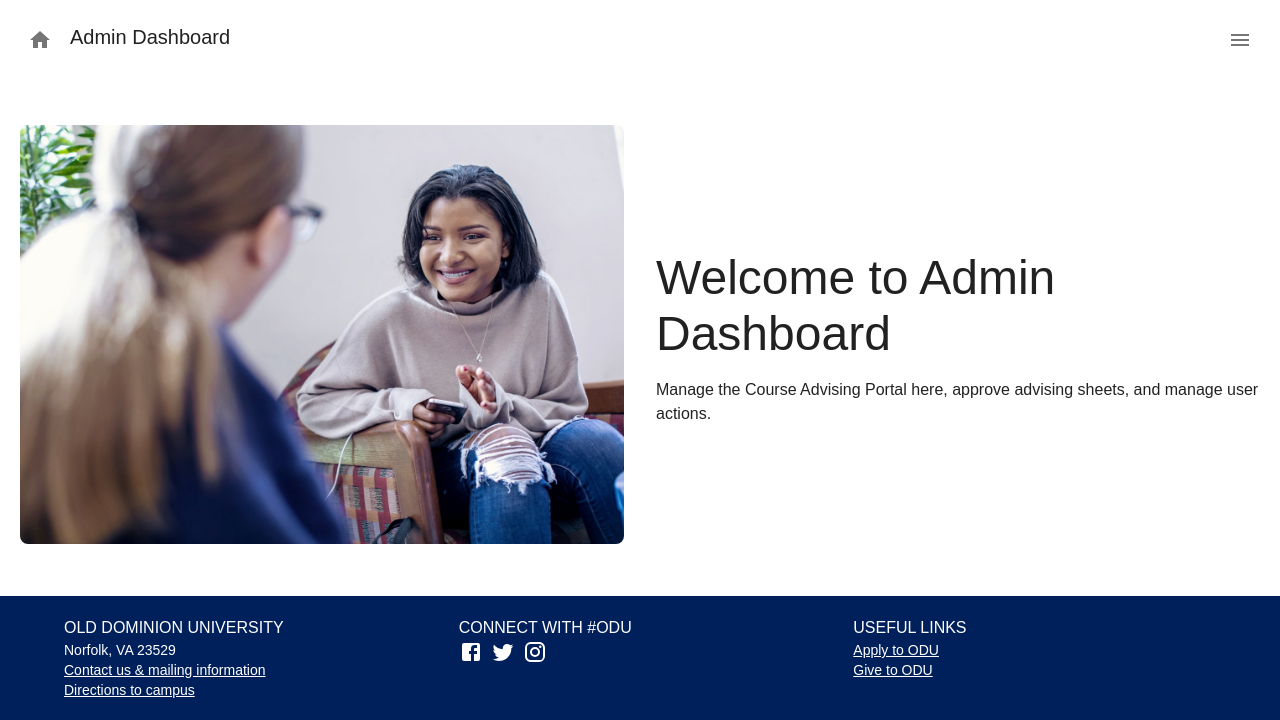
Repository: qfath001/WPProject
Page: /admin-dashboard (app in frontend/)
The author's editor kept a copy of each file at every save. The page is drawn from the files as they stood at one save, then again after the next save.
The browser window is 1280 px wide. The pictures show the whole page.
The project was rebuilt for these pictures with package versions that can differ from the ones it lists, and the page was loaded fresh each time. Also part of the build but not shown: frontend/src/components/SignIn.js, frontend/src/components/SignUp.js, frontend/src/components/Home.js, frontend/src/components/ForgotPassword.js, frontend/src/components/VerifyOtp.js, frontend/src/components/ChangePassword.js, frontend/src/components/Profile.js.

Above is the page before, as saved 2024-11-06 20:09:04.

After the next save:
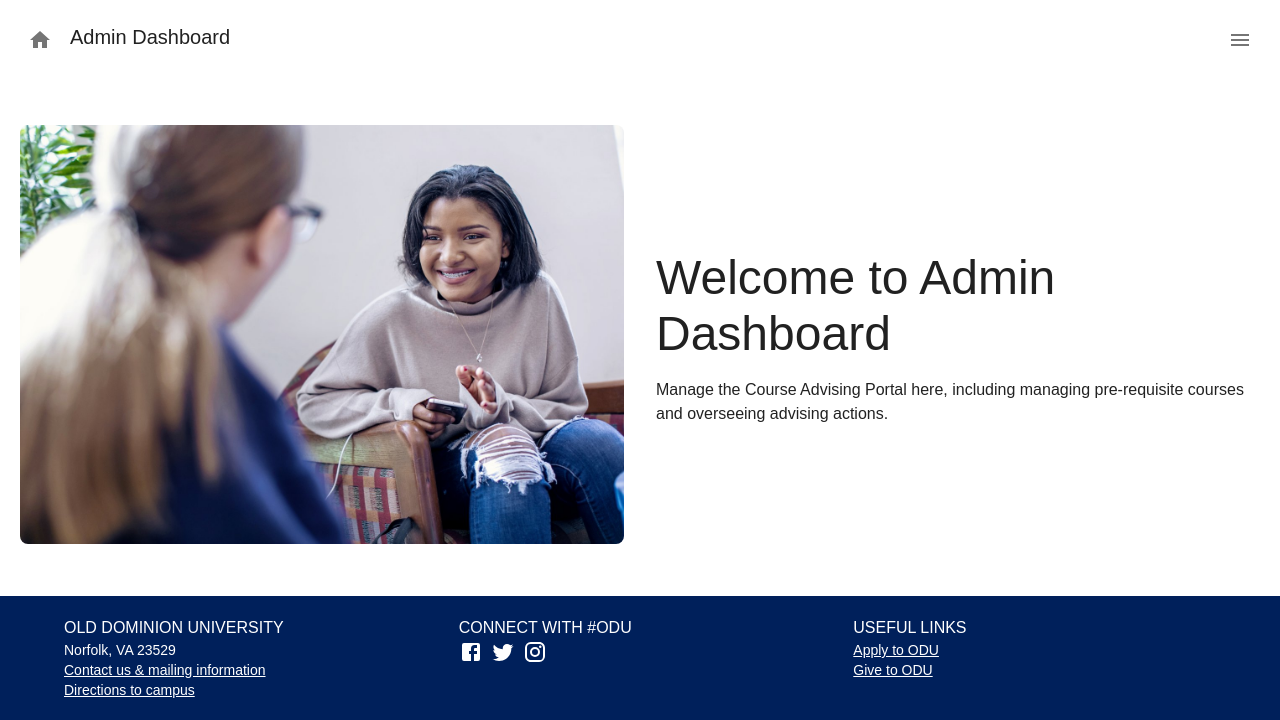
Saved 20 min 37 s later.
--- a/frontend/src/components/AdminDashboard.js
+++ b/frontend/src/components/AdminDashboard.js
@@ -1,17 +1,17 @@
 import React, { useState, useEffect } from 'react';
-import { Button, Typography, Container, Grid, IconButton, AppBar, Toolbar, Menu, MenuItem } from '@mui/material';
+import { Button, Typography, Container, Grid, IconButton, Menu, MenuItem } from '@mui/material';
 import { Home as HomeIcon, Menu as MenuIcon } from '@mui/icons-material';
-import { Facebook, Twitter, Instagram } from '@mui/icons-material';
-import adminImage from '../assets/admin-image.jpg'; // Make sure this path is correct
 import { useNavigate } from 'react-router-dom';
+import adminImage from '../assets/admin-image.jpg'; // Ensure path is correct
+import { Facebook, Twitter, Instagram } from '@mui/icons-material'; // Social media icons
 
 const AdminDashboard = () => {
   const navigate = useNavigate();
-  const [anchorEl, setAnchorEl] = React.useState(null);
+  const [anchorEl, setAnchorEl] = useState(null);
 
   // Set the page title when component is mounted
   useEffect(() => {
-    document.title = 'Admin Dashboard'; // Set title for the sign-in page
+    document.title = 'Admin Dashboard'; // Set title for the admin dashboard page
   }, []);
 
   // Open/Close Menu Handlers
@@ -23,9 +23,10 @@ const AdminDashboard = () => {
     setAnchorEl(null);
   };
 
-  const handleApproveAdvisingSheet = () => {
-    // Handle the Approve Advising Sheet action
+  // Navigate to the Prerequisite Form page
+  const handleNavigatePrerequisiteForm = () => {
     handleMenuClose();
+    navigate('/admin/prerequisites');
   };
 
   const handleLogout = () => {
@@ -56,7 +57,7 @@ const AdminDashboard = () => {
             open={Boolean(anchorEl)}
             onClose={handleMenuClose}
           >
-            <MenuItem onClick={handleApproveAdvisingSheet}>Approve Advising Sheet</MenuItem>
+            <MenuItem onClick={handleNavigatePrerequisiteForm}>Pre-requisite Form</MenuItem>
             <MenuItem onClick={handleLogout}>Logout</MenuItem>
           </Menu>
         </Grid>
@@ -72,7 +73,7 @@ const AdminDashboard = () => {
             Welcome to Admin Dashboard
           </Typography>
           <Typography variant="body1">
-            Manage the Course Advising Portal here, approve advising sheets, and manage user actions.
+            Manage the Course Advising Portal here, including managing pre-requisite courses and overseeing advising actions.
           </Typography>
         </Grid>
       </Grid>
